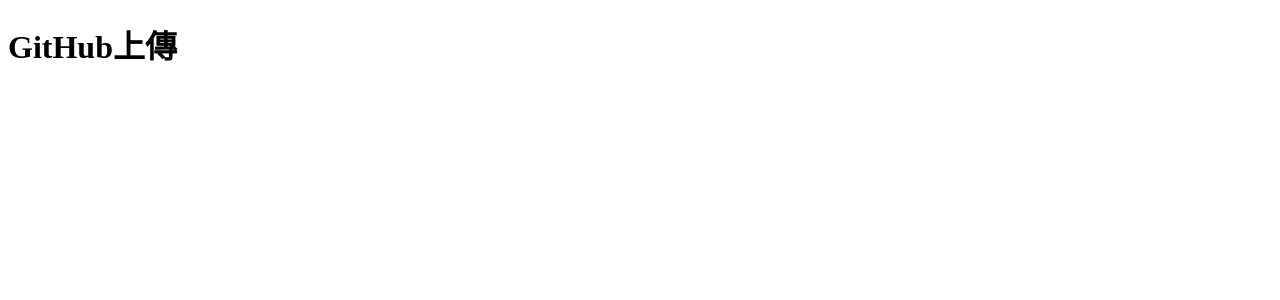
Repository: Carrey0427/VibeCoding-Project2
Page: index.html
An editor plug-in stored every save of this project. The page is shown before and after the next save, followed by the edit.
The browser window is 1280 px wide. The pictures show the whole page.

Above is the page before, as saved 2025-11-06 01:17:40.

After the next save:
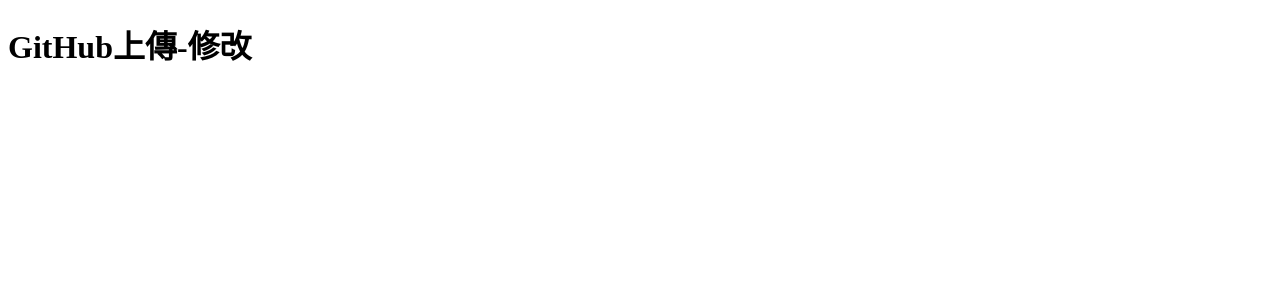
Saved 10 min 38 s later.
--- a/index.html
+++ b/index.html
@@ -6,6 +6,6 @@
     <title>Document</title>
 </head>
 <body>
-    <h1> GitHub上傳</h1>
+    <h1> GitHub上傳-修改</h1>
 </body>
 </html>
